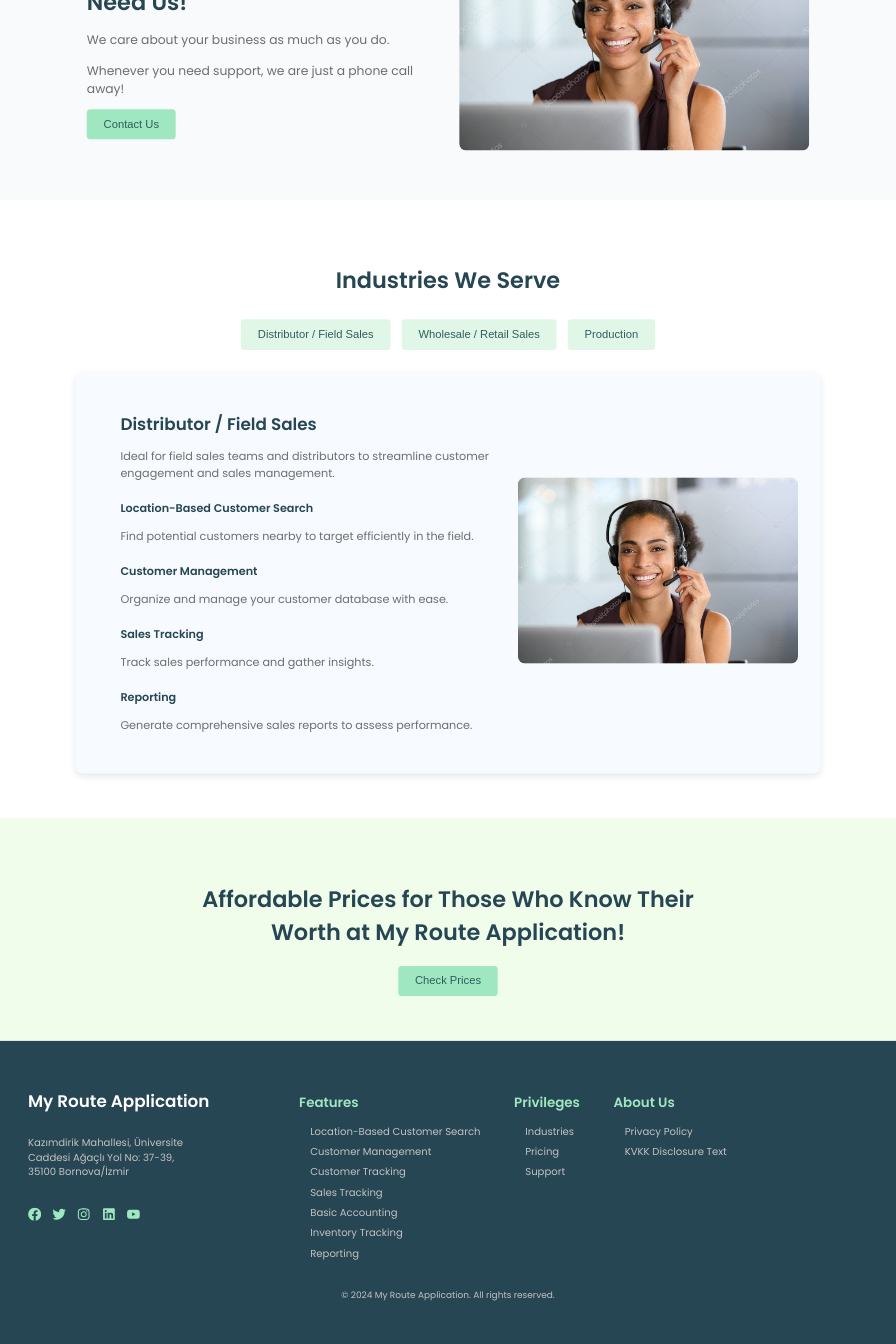
Repository: senolinanyasar/myrouteapplication
Page: /industries
An editor plug-in stored every save of this project. The page is shown before and after the next save, followed by the edit.
The browser window is 1280 px wide. The pictures show the part of the page from y = 2360 to 4280 px (the page is 4280 px tall), at 70% of full size.
The project was rebuilt for these pictures with package versions that can differ from the ones it lists, and the page was loaded fresh each time. Also part of the build but not shown: vite.config.js.

Above is the page before, as saved 2024-11-15 18:03:01.

### src/index.css
@import url('https://fonts.googleapis.com/css2?family=Poppins:wght@400;600&display=swap');

body {
  font-family: 'Poppins', sans-serif;
  color: #264653;
  background-color: #f1faee;
  margin: 0;
  padding: 0;
  box-sizing: border-box;
}

code {
  font-family: source-code-pro, Menlo, Monaco, Consolas, 'Courier New',
    monospace;
}

### src/App.js
import React from 'react';
import HomePage from './components/HomePage';

function App() {
  return (
    <div className="App">
      <HomePage/>
    </div>
  );
}

export default App;

### src/components/HomePage.js
// HomePage.js
import React from 'react';
import TopBar from './TopBar';
import Header from './Header';
import HeroSection from './HeroSection';
import FeaturesSection from './FeaturesSection';
import PricingSection from './PricingSection';
import SupportSection from './SupportSection';
import IndustriesTab from './IndustriesTab';
import Footer from './Footer';

const HomePage = () => {
    return (
        <div>
            <TopBar />
            <Header />
            <HeroSection />
            <FeaturesSection />
            <SupportSection />
            <IndustriesTab />
            <PricingSection />
            <Footer />
        </div>
    );
};

export default HomePage;

### src/components/TopBar.js
// TopBar.js
import React from 'react';
import './TopBar.css';

const TopBar = () => {
    return (
        <div className="top-bar">
            <div className="top-bar-content">
                <span>Help</span>
                <span>0232 323 3223</span>
                <a href="#contact">Contact</a>
            </div>
        </div>
    );
};

export default TopBar;

### src/components/Header.js
// Header.js
import React from 'react';
import './Header.css';

const Header = () => {
    return(
        <header className="header">
            <div className="header-logo">logo</div>
            <nav className="header-nav">
                <a href="#features">Features</a>
                <a href="#industries">Industries</a>
                <a href="#pricing">Price</a>
                <a href="#about">About Us</a>
                <a href='#contact'>Contact</a>
            </nav>
            <div className="header-buttons">
                <button className="login-button">Sing in</button>
                <button className="register-button">Sing Up</button>
            </div>
        </header>
    );
};


export default Header;

### src/components/HeroSection.js
// HeroSection.js
import React from 'react';
import './HeroSection.css';
import herosectionimage from '../images/hero1.webp';

const HeroSection = () =>{
    return(
        <section className="hero">
            <div className='hero-content'>
                <div className='hero-text'>
                    <h2>Customer Finding and Account Management Application Coming from the Heart of Commerce</h2>
                    <p>Increase your sales by finding your customers quickly.</p>
                    <button className='cta-button'>Let's Get it</button>
                </div>
                <div className='hero-image'>
                    <img src={herosectionimage} alt="Hero"/>
                </div>
            </div>
        </section>
    );
};

export default HeroSection;

### src/components/FeaturesSection.js
// FeaturesSection.js
import React from 'react';
import './FeaturesSection.css';
import locationImage from '../images/location.jpg';

const FeaturesSection = () => {
    return (
        <section className="features-section">
            <h2 className='features-title'>Everything You Need <br /> in One Application</h2>
            <div className='feature'>
                <div className='feature-text'>
                    <h3>Finding customers is now very easy!</h3>
                    <p>Expand your market by quickly finding customers in the sector you sell to with our location finder plugin</p>

                <button className='cta-button'>Detail</button>
            </div>
            <div className='feature-image'>
            <img src={locationImage} alt="Location Feature" />
            </div>
            </div>

            <div className='feature'>
                <div className='feature-text'>
                    <h3>Finding customers is now very easy!</h3>
                    <p>Expand your market by quickly finding customers in the sector you sell to with our location finder plugin</p>

                <button className='cta-button'>Detail</button>
            </div>
            <div className='feature-image'>
            <img src={locationImage} alt="Location Feature" />
            </div>
            </div>
            <div className='feature'>
                <div className='feature-text'>
                    <h3>Finding customers is now very easy!</h3>
                    <p>Expand your market by quickly finding customers in the sector you sell to with our location finder plugin</p>

                <button className='cta-button'>Detail</button>
            </div>
            <div className='feature-image'>
            <img src={locationImage} alt="Location Feature" />
            </div>
            </div>
            <div className='feature'>
                <div className='feature-text'>
                    <h3>Finding customers is now very easy!</h3>
                    <p>Expand your market by quickly finding customers in the sector you sell to with our location finder plugin</p>

                <button className='cta-button'>Detail</button>
            </div>
            <div className='feature-image'>
            <img src={locationImage} alt="Location Feature" />
            </div>
            </div>
        </section>
    );
};

export default FeaturesSection;

### src/components/PricingSection.js
// PricingSection.js
import React from "react";
import './PricingSection.css';

const PricingSection = () => {
    return (
        <section className="pricin-section">
          <div className="price-content">
          <h2>Affordable Prices for Those Who Know Their Worth at My Route Application!</h2>
          <button className="cta-button">Check Prices</button>
          </div>
      </section>
    );
};

export default PricingSection;

### src/components/SupportSection.js
//SupportSection.js
import React from "react";
import './SupportSection.css';
import supportImage from '../images/supportimage.jpg';


const SupportSection = () =>{
    return (
        <section className="support-section">
            <div className="support-content">
                <div className="support-text">
                <h2>We're Here for You When You Need Us!</h2>
          <p>We care about your business as much as you do.</p>
          <p>Whenever you need support, we are just a phone call away!</p>
          <button className="cta-button">Contact Us</button>
                </div>
                <div className="support-image">
                <img src={supportImage} alt="Support Team" />
                </div>
            </div>
        </section>
    );
};

export default SupportSection;

### src/components/IndustriesTab.js
// IndustriesTab.js
import React, { useState } from "react";
import './IndustriesTab.css';
import distributorImage from '../images/supportimage.jpg'
import wholesaleImage from '../images/supportimage.jpg'
import productionImage from '../images/supportimage.jpg'




const industriesContent = {
    distributorFieldSales: {
        title: "Distributor / Field Sales",
        description: "Ideal for field sales teams and distributors to streamline customer engagement and sales management.",
        image: distributorImage,
        features: [
            { title: "Location-Based Customer Search", text: "Find potential customers nearby to target efficiently in the field." },
            { title: "Customer Management", text: "Organize and manage your customer database with ease." },
            { title: "Sales Tracking", text: "Track sales performance and gather insights." },
            { title: "Reporting", text: "Generate comprehensive sales reports to assess performance." }
        ]
    },
    wholesaleRetail: {
        title: "Wholesale / Retail Sales",
        description: "Designed for wholesale and retail businesses to manage inventory and customer interactions seamlessly.",
        image: wholesaleImage,
        features: [
            { title: "Customer Management", text: "Maintain customer profiles and track interactions." },
            { title: "Inventory Tracking", text: "Keep accurate inventory records and prevent stock issues." },
            { title: "Sales Tracking", text: "Monitor sales across retail and wholesale channels." },
            { title: "Basic Accounting", text: "Manage finances and transactions for better accounting." },
            { title: "Reporting", text: "Generate sales and stock reports to optimize operations." }
        ]

    },
    production: {
        title: "Production",
        description: "Perfect for manufacturing businesses to manage stock and production-related customer needs.",
        image: productionImage,
        features: [
            { title: "Inventory Tracking", text: "Track raw materials and finished goods efficiently." },
            { title: "Customer Management", text: "Organize customer details for efficient order processing." },
            { title: "Basic Accounting", text: "Handle finances and basic bookkeeping." },
            { title: "Reporting", text: "Generate production and sales reports for operational insights." }
        ]
    }
};


const IndustriesTab = () => {
    const [activeTab, setActiveTab] = useState("distributorFieldSales");
    const handleTabChange = (tab) => {
        setActiveTab(tab);
    };

    const { title, description, image, features } = industriesContent[activeTab];
    return (
        <section className="industries-tab">
            <h2 className="tabs-title">Industries We Serve</h2>
            <div className="tabs-buttons">
                <button onClick={() => handleTabChange("distributorFieldSales")}>Distributor / Field Sales</button>
                <button onClick={() => handleTabChange("wholesaleRetail")}>Wholesale / Retail Sales</button>
                <button onClick={() => handleTabChange("production")}>Production</button>
            </div>
            <div className="tabs-content">
                <div className="tabs-text">
                    <h3>{title}</h3>
                    <p>{description}</p>
                    {features.map((feature,index)=> (
                        <div key={index} className="tabs-feature">
                            <strong>{feature.title}</strong>
                            <p>{feature.text}</p>
                            </div>
                    ))}
                </div>
                <div className="tabs-image">
                    <img src={image} alt={title}/>
                </div>
            </div>
        </section>
    );
};

export default IndustriesTab;

### src/components/Footer.js
// Footer.js

import React from 'react';
import './Footer.css';
import { FaFacebook, FaInstagram, FaLinkedin, FaTwitter, FaYoutube } from 'react-icons/fa';

const Footer = () => {
    return (
        <footer className="footer">
            <div className='footer-content'>
                <div className='footer-left'>
                    <div className='footer-logo'>
                        <h2>My Route Application</h2>
                    </div>
                    <p>Kazımdirik Mahallesi, Üniversite <br />Caddesi Ağaçlı Yol No: 37-39, <br />35100 Bornova/İzmir</p>
                    <div className='social-icons'>
                        <FaFacebook />
                        <FaTwitter />
                        <FaInstagram />
                        <FaLinkedin />
                        <FaYoutube />
                    </div>
                </div>

                <div className="footer-right">
                <br/><br/><br/><br/>
                    <div className='footer-section'>
                        <h4>Features</h4>
                        <ul>
                            <li>Location-Based Customer Search</li>
                            <li>Customer Management</li>
                            <li>Customer Tracking</li>
                            <li>Sales Tracking</li>
                            <li>Basic Accounting</li>
                            <li>Inventory Tracking</li>
                            <li>Reporting</li>
                        </ul>
                    </div>

                    <div className="footer-section">
                        <h4>Privileges</h4>
                        <ul>
                            <li>Industries</li>
                            <li>Pricing</li>
                            <li>Support</li>
                        </ul>
                    </div>

                    <div className="footer-section">
                        <h4>About Us</h4>
                        <ul>
                            <li>Privacy Policy</li>
                            <li>KVKK Disclosure Text</li>
                        </ul>
                    </div>
                </div>
            </div>

            <div className="footer-bottom">
                <p>&copy; 2024 My Route Application. All rights reserved.</p>
            </div>
        </footer>
    );
};

export default Footer;

### src/components/TopBar.css
/* TopBar.css */

.top-bar {
    background-color: #2f5d5b;
    color: white;
    padding: 0.5rem;
    font-size: 0.9rem;
    display: flex;
    justify-content: center;
    position: fixed;
    top: 0;
    width: 99%;
    z-index: 1000;
}
.top-bar-content {
    display: flex;
    gap: 1rem;
    align-items: center;
    justify-content: flex-end;
    width: 100%;
}

.top-bar-content span{
    color: #ffffff;
}
.top-bar-content a{
    color: #9fe7c0;
    text-decoration: none;
    transition: color 0.3s;
}

.top-bar-content a:hover{
    color: #c3f2d0;
}

### src/components/Header.css
/* Header.css */
.header{
    display: flex;
    justify-content: space-between;
    align-items: center;
    padding: 1rem 2rem;
    background-color: #2f5d5b;
    color: white;
    margin-top: 2rem;
    position: sticky;
    top: 2rem;
    z-index: 999;
}


.header-logo {
    font-size: 1.5rem;
    font-weight: bold;
}
.header-nav a{
    margin: 0 1rem;
    color: white;
    text-decoration: none;
}
.header-nav a:hover {
    color: #e9c46a;
  }

.header-buttons button{
    margin-left: 1rem;
    padding: 0.5rem 1rem;
    border: none;
    border-radius: 5px;
}

.login-button{
    background-color: #2f5d5b;
    color: white;
}

.register-button{
    background-color: #9fe7c0;
    color: black;
}

### src/components/HeroSection.css
.hero {
    padding: 4rem 2rem;
    background-color: #2f5d5b;
    color: white;

}

.hero-content {
    display: flex;
    align-items: center;
    justify-content: space-between;
    max-width: 1000px;
    margin: 0 auto;
}

.hero-text {
    flex: 1;
    margin-right: 2rem;
}

.hero h2 {
    font-size: 2.5rem;
    margin-bottom: 1rem;

}

.hero p {
    font-size: 1.2rem;
    margin-bottom: 2rem;

}

.cta-button {
    padding: 0.8rem 1.5rem;
    font-size: 1rem;
    color: #2f5d5b;
    background-color: #9fe7c0;
    border: none;
    border-radius: 5px;
    cursor: pointer;
    transition: background-color 0.3s ease;
}

.cta-button:hover {
    background-color: #c3f2d0;
}

.hero-image {
    flex: 1;
    max-width: 500px;
    height: auto;

}

.hero-image img {
    width: 100%;
    height: auto;
    object-fit: cover;
    border-radius: 10px;
}

### src/components/FeaturesSection.css
/* FeaturesSection.css */
.features-section {
    padding: 4rem 2rem;
    text-align: center;
}

.features-title {
    font-size: 2rem;
    font-weight: 600;
    color: #264653;
    margin-bottom: 3rem;
    line-height: 1.2;
}



.feature {
    display: flex;
    align-items: center;
    justify-content: center;
    gap: 2rem;
    margin-bottom: 4rem;
    flex-direction: row;
}

.feature:nth-child(even) {
    flex-direction: row-reverse;
}

.feature-text {
    flex: 1;
    max-width: 500px;
    text-align: left;
}

.features h3 {
    font-size: 1.8rem;
    font-weight: 600;
    color: #264653;
    margin-bottom: 1rem;
}

.feature-text p {
    font-size: 1.1rem;
    color: #6d6d6d;
    margin-bottom: 1.5rem;
}

.cta-button {
    padding: 0.8rem 1.5rem;
    font-size: 1rem;
    color: #2f5d5b;
    background-color: #9fe7c0;
    border: none;
    border-radius: 5px;
    cursor: pointer;
    transition: background-color 0.3s ease;
    text-align: center;
}

.cta-button:hover {
    background-color: #c3f2d0;
}

.feature-image {
    flex: 1;
    max-width: 400px;
    height: auto;
}

.feature-image img {
    width: 100%;
    height: auto;
    object-fit: cover;
    border-radius: 10px;
}

### src/components/PricingSection.css
/* PricingSection.css */

.pricin-section{
    background-color: #f0fdeb;
    padding: 4rem 2rem;
    text-align: center;
}
.price-content{
    max-width: 800px;
    margin:  0 auto;
}

.price-content h2{
    font-size: 2rem;
    font-weight: 600;
    color: #264653;
    margin-bottom: 1.5rem;
}

.cta-button {
    padding: 0.8rem 1.5rem;
    font-size: 1rem;
    color: #2f5d5b;
    background-color: #9fe7c0;
    border: none;
    border-radius: 5px;
    cursor: pointer;
    transition: background-color 0.3s ease;
  }

  .cta-button:hover {
    background-color: #c3f2d0;
  }

### src/components/SupportSection.css
/*SupportSection.css */
.support-section{
    background-color: #f9fafb;
    padding: 4rem 2rem;
    display: flex;
    justify-content: center;
    align-items: center;
}

.support-content{
    display: flex;
    align-items: center;
    justify-content: space-between;
    max-width: 1200px;
    gap: 2rem;
}

.support-text{
    flex: 1;
    max-width: 500px;
    text-align: left;
}
.support-text h2{
    font-size: 2rem;
    color: #264653;
    margin-bottom: 1rem;
}

.support-text p {
    font-size: 1.1rem;
    color: #6d6d6d;
    margin-bottom: 1rem;
  }

  .cta-button {
    padding: 0.8rem 1.5rem;
    font-size: 1rem;
    color: #2f5d5b;
    background-color: #9fe7c0;
    border: none;
    border-radius: 5px;
    cursor: pointer;
    transition: background-color 0.3s ease;
  }

  .cta-button:hover {
    background-color: #c3f2d0;
  }

  .support-image {
    flex: 1;
    max-width: 500px;
  }

  .support-image img {
    width: 100%;
    height: auto;
    object-fit: cover;
    border-radius: 10px;
  }

### src/components/IndustriesTab.css
/*IndustriesTab */

.industries-tab{
    background-color: #ffffff;
    padding: 4rem 2rem;
    text-align: center;
}

.tabs-title{
    font-size: 2rem;
    font-weight: 600;
    color: #264653;
    margin-bottom: 2rem;
}

.tabs-buttons{
    display: flex;
    justify-content: center;
    gap: 1rem;
    margin-bottom: 2rem;
}

.tabs-buttons button{
    padding: 0.8rem 1.5rem;
    font-size: 1rem;
    color: #2f5d5b;
    background-color: #e0f7e7;
    border: none;
    border-radius: 5px;
    cursor: pointer;
    transition: background-color 0.3s ease;
}

.tabs-buttons button:hover,
.tabs-buttons button:focus{
    background-color: #9fe7c0;
}

.tabs-content{
    display: flex;
    justify-content: space-around;
    align-items: center;
    background-color: #f7faff;
    padding: 2rem;
    border-radius: 10px;
    box-shadow: 0 4px 10px rgba(0, 0, 0, 0.1);
    max-width: 1000px;
    margin:  0 auto;
}

.tabs-text {
    flex: 1;
    text-align: left;
    padding-left: 2rem;
}

.tabs-text h3 {
    font-size: 1.5rem;
    color: #264653;
    margin-bottom: 1rem;
}
.tabs-text p {
    color: #6d6d6d;
    margin-bottom: 1.5rem;
}

.tabs-feature{
    margin-bottom: 1rem;
}

.tabs-feature strong {
    display: block;
    color: #264653;
    margin-bottom: 0.3rem;
}

.tabs-image{
    flex: 1;
    max-width: 400px;
}

.tabs-image img{
    width: 100%;
    height: auto;
    border-radius: 10px;
    object-fit: cover;
}

### src/components/Footer.css
/* Footer.css */

.footer {
    background-color: #264653;
    color: #ffffff;
    padding: 3rem 2rem;
}
.footer-content{
    display: flex;
    max-width: 1200px;
    justify-content: space-around;
    margin: 0 auto;
}

.footerleft{
    flex: 1;
    max-width: 300px;
}

.footer-logo h2{
    font-size: 1.5rem;
    color: #ffffff;
    margin-bottom: 2rem;
}


.footer-left p{
    color: #c3c3c3;
    font-size: 0.9rem;
    margin-bottom: 2.5rem;
}

.social-icons{
    display: flex;
    gap: 1rem;
    font-size: 1.2rem;
}


.social-icons svg{
    color: #9fe7c0;
    cursor: pointer;
    transition: color 0.3s ease;
}
.social-icons svg:hover {
    color: #c3f2d0;
}

.footer-right{
    display: flex;
    gap: 3rem;
    flex: 2;
    margin-left: 5rem;
}

.footer-section{
    text-align: left;
}
.footer-section h4{
    font-size: 1.2rem;
    color: #9fe7c0;
    margin-bottom: 1rem;
}
.footer-section ul{
    list-style: none;
    padding: 0;
    margin: 0;

}

.footer-section ul li{
    font-size: 0.9rem;
    margin-bottom: 0.5rem;
    color: #c3c3c3;
    cursor: pointer;
    transition: color 0.3s ease;
    margin-left: 1rem;
}

.footer-sectionul li:hover{
    color: #ffffff;
}

.footer-bottom{
    text-align: center;
    font-size: 0.8rem;
    color: #c3c3c3;
    margin-top: 2rem;
}

Loaded but not shown: public/index.html (common file); src/index.js (common file); src/reportWebVitals.js (common file)

After the next save:
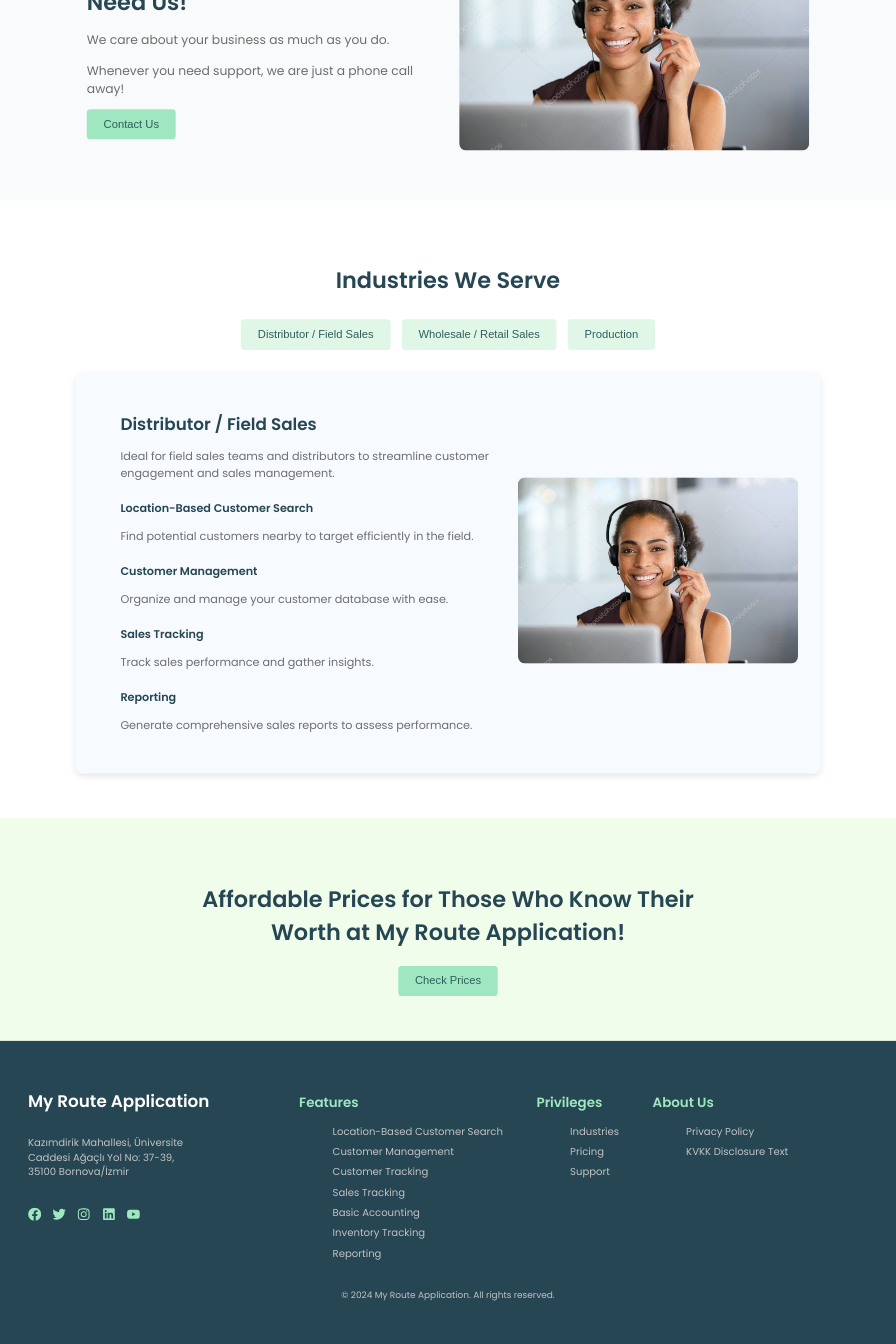
Saved 9 s later.
--- a/src/components/Footer.css
+++ b/src/components/Footer.css
@@ -74,7 +74,7 @@
     color: #c3c3c3;
     cursor: pointer;
     transition: color 0.3s ease;
-    margin-left: 1rem;
+    margin-left: 3rem;
 }
 
 .footer-sectionul li:hover{
